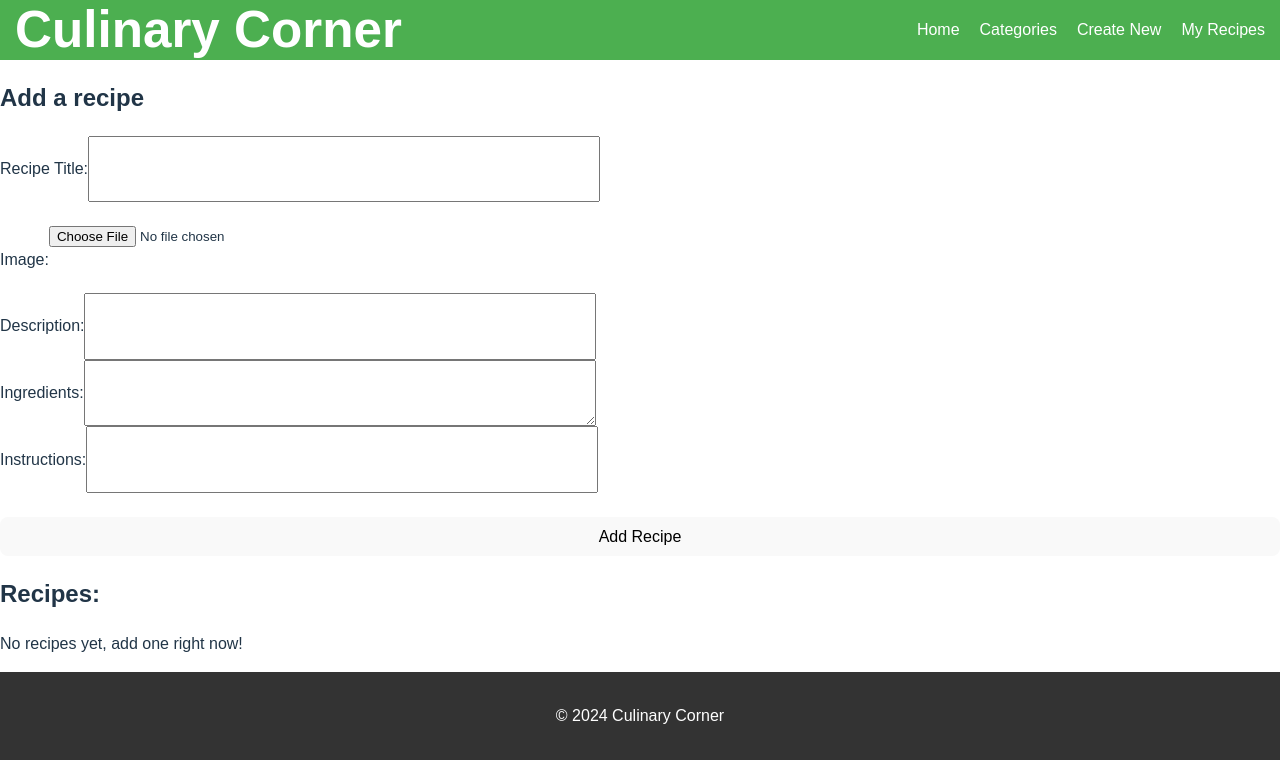
Repository: danielder10/Mon-Jumi-Daniel-FrontEnd-Project
Page: /add-new-recipe
These files come from the project's save history. The page is drawn as it stood at one moment and after a run of saves; the edit follows.
The browser window is 1280 px wide. The pictures show the whole page.
The project was rebuilt for these pictures with package versions that can differ from the ones it lists, and the page was loaded fresh each time. Also part of the build but not shown: vite.config.js, src/Home.jsx, src/Categories.jsx, src/MyRecipes.jsx, src/RecipesDetails.jsx.

Above is the page before, as saved 2024-11-16 01:18:57.

### src/App.jsx
import React, { useState } from 'react';
import { BrowserRouter as Router, Routes, Route } from 'react-router-dom';
import Header from './Header';
import Home, { recipes } from './Home';
import Categories from './Categories';
import MyRecipes from './MyRecipes';
import Footer from './Footer';
import './App.css';
import RecipesDetails from './RecipesDetails';
import AddNewRecipe from './AddNewRecipe';

function App() {
  const [myRecipes, setMyRecipes] = useState([]);

  const addRecipeToMyRecipes = (recipe) => {
    setMyRecipes((prevRecipes) => [...prevRecipes, recipe]);
  };

  const removeRecipeFromMyRecipes = (index) => {
    setMyRecipes((prevRecipes) => prevRecipes.filter((_, i) => i !== index));
  };

  return (
    <Router>
      <div className="App">
        <Header />
        <Routes>
          <Route path="/" element={<Home addRecipeToMyRecipes={addRecipeToMyRecipes} />} />
          <Route path="/categories" element={<Categories />} />
          <Route
            path="/my-recipes"
            element={<MyRecipes myRecipes={myRecipes} removeRecipeFromMyRecipes={removeRecipeFromMyRecipes} />}
          />
          <Route path="/recipe/:id" element={<RecipesDetails recipes={recipes} />} />
          <Route path="/add-new-recipe" element={<AddNewRecipe />} />
        </Routes>
        <Footer />
      </div>
    </Router>
  );
}

export default App;

### src/Header.jsx
import React from 'react';
import { Link } from 'react-router-dom';

function Header() {
  return (
    <header className="header">
      <h1 className="logo">Culinary Corner</h1>
      <nav>
        <ul className="nav-list">
          <li className="nav-item"><Link to="/">Home</Link></li>
          <li className="nav-item"><Link to="/categories">Categories</Link></li>
          <li className="nav-item"><Link to="/add-new-recipe">Create New</Link></li>
          <li className="nav-item"><Link to="/my-recipes">My Recipes</Link></li>
        </ul>
      </nav>
    </header>
  );
}

export default Header;

### src/Footer.jsx
import React from 'react';

function Footer() {
  return (
    <footer>
      <p>&copy; 2024 Culinary Corner</p>
    </footer>
  );
}

export default Footer;

### src/App.css
* {
  box-sizing: border-box;
}

body {
  margin: 0;
  font-family: Arial, sans-serif;
}

.App {
  display: flex;
  flex-direction: column;
  height: 100vh;
  width: 100vw;

}

.header {
  background-color: #4CAF50;
  color: white;
  padding: 15px;
  display: flex;
  justify-content: space-between;
  align-items: center;
  min-height: 60px;
  z-index: 10;
}

.logo {
  margin: 0;
}

.nav-list {
  list-style-type: none;
  margin: 0;
  padding: 0;
  display: flex;
}

.nav-item {
  margin-left: 20px;
}

.nav-item a {
  color: white;
  text-decoration: none;
  transition: color 0.3s;
}

.nav-item a:hover {
  color: #FFC107;
}

.recipe-list {
  display: flex;
  flex-wrap: wrap;
}

.recipe-item {
  margin: 1rem;
  padding: 1rem;
  border: 1px solid #ddd;
}

footer {
  background-color: #333;
  color: white;
  text-align: center;
  padding: 1rem;
  position: relative;
  width: 100%;
  bottom: 0;
}

.btn-forward {
  background-color: purple;
}

.card-btn {
  display: flex;
  gap: 4rem;
}

/****** Add new recipe ******/
.add-recipe-form {
  display: flex;
  flex-direction: column;
  flex-wrap: wrap;
}

.input-field {
  display: flex;
  flex-direction: row;
  align-items: center;
}

.input-field input, textarea {
  width: 40%;
  height: 5em;
}

### src/AddNewRecipe.jsx
import React from 'react';
import { useState } from 'react';
import AddRecipeForm from './components/AddRecipeForm';
import './App.css';

export default function AddNewRecipe() {
    const [recipes, setRecipes] = useState([]);

    const handleAddRecipe = (newRecipe) => {
        setRecipes([...recipes, newRecipe]);
    };

  return (
    <>
        <div>
            <AddRecipeForm onAddRecipe={handleAddRecipe} />
            <div>
                <h2>Recipes:</h2>
                {recipes.length === 0 ? (
                    <p>No recipes yet, add one right now!</p>
                ) : (
                    recipes.map((recipe, index) => (
                        <div key={index} className="add-recipe-container">
                            <h3>{recipe.title}</h3>
                            <img
                                src={URL.createObjectURL(recipe.img)}
                                alt={recipe.title}
                                style={{ width: "150px", height: "150px", objectFit: "cover" }}
                            />
                            <p><strong>Description:</strong> {recipe.description}</p>
                            <p><strong>Ingredients:</strong> {recipe.ingredients}</p>
                            <p><strong>Instructions:</strong> {recipe.instruction}</p>
                        </div>
                    ))
                )}
            </div>
        </div>
    </>
  );
};

### src/components/AddRecipeForm.jsx
import { useState } from "react";
import '../App.css';

export default function AddRecipeForm( {onAddRecipe} ) {
    // form input state
    const [title, setTitle] = useState();
    const [img, setImg] = useState();
    const [description, setDescription] = useState();
    const [ingredients, setIngredients] = useState();
    const [instruction, setInstruction] = useState();

    // submit handler
    const handleSubmit = (e) => {
        e.preventDefault(); // prevent page refresh

        if (!title || !ingredients || !instruction || !description) {
            alert("All fields except image are required");
            return;
        }

        // create new recipe object
        const newRecipe = {title, img, description, ingredients, instruction};

        // send new recipe
        onAddRecipe(newRecipe);

        setTitle("");
        setImg(null);
        setDescription("");
        setIngredients("");
        setInstruction("")
    };

    return (
        <>
            <form onSubmit={handleSubmit} className="add-recipe-form">
                <h2>Add a recipe</h2>
                <label className="input-field">
                    Recipe Title:
                    <input
                        type="text"
                        value={title}
                        onChange={(e) => setTitle(e.target.value)}
                        required
                    />
                </label>
                <br/>
                <label className="input-field">
                    Image:
                    <input
                        type="file"
                        onChange={(e) => setImg(e.target.files[0])}
                        accept="image/*"
                    />
                </label>
                <label className="input-field">
                    Description:
                    <input
                        type="text"
                        value={description}
                        onChange={(e) => setDescription(e.target.value)}
                        required
                    />
                </label>
                <label className="input-field">
                    Ingredients:
                    <textarea
                        value={ingredients}
                        onChange={(e) => setIngredients(e.target.value)}
                        required
                    />
                </label>
                <label className="input-field">
                    Instructions:
                    <input
                        value={instruction}
                        onChange={(e) => setInstruction(e.target.value)}
                        required
                    />
                </label>
                <br/>
                <button type="submit">Add Recipe</button>
            </form>
        </>
    )
}

Loaded but not shown: index.html (common file); src/main.jsx (common file); src/index.css (common file)

After the next 2 saves:
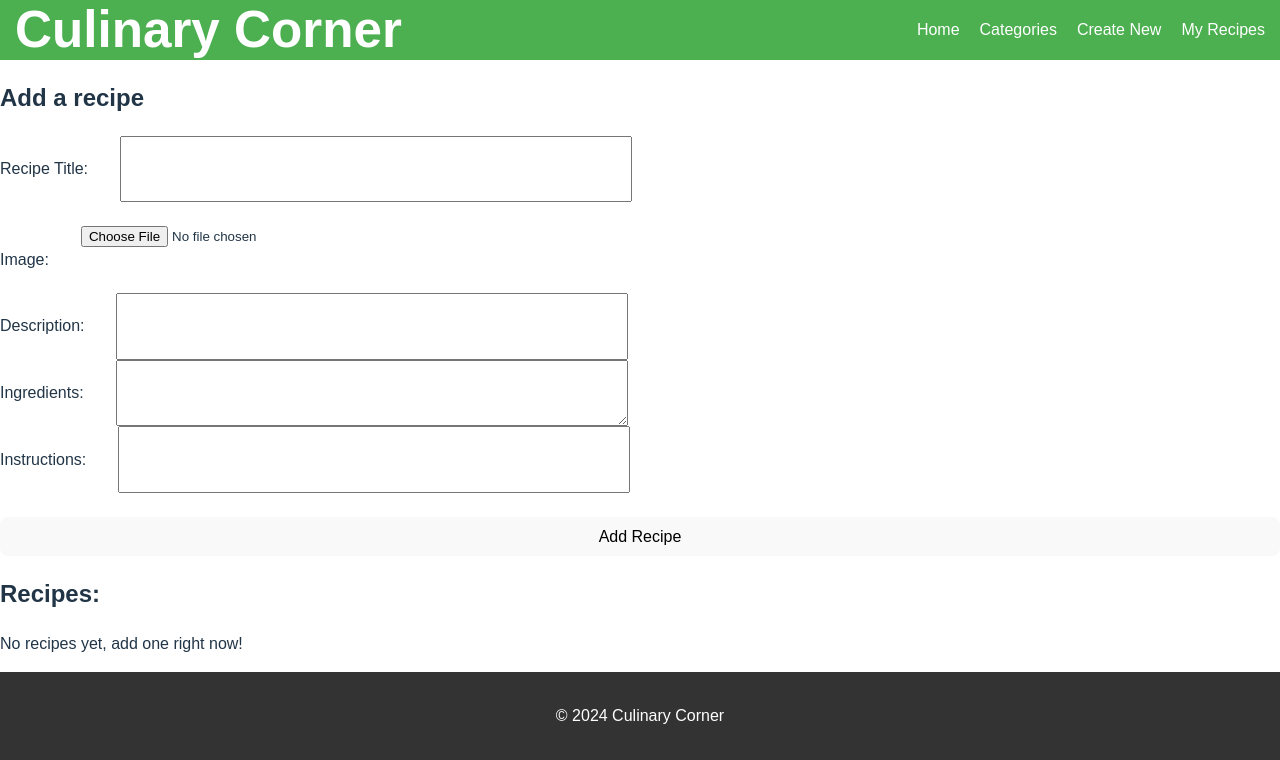
The 2 saves are shown as one change because they came seconds apart.
The last was saved 20 s later.
--- a/src/App.css
+++ b/src/App.css
@@ -92,6 +92,8 @@ footer {
   display: flex;
   flex-direction: row;
   align-items: center;
+
+  gap: 2em;
 }
 
 .input-field input, textarea {
